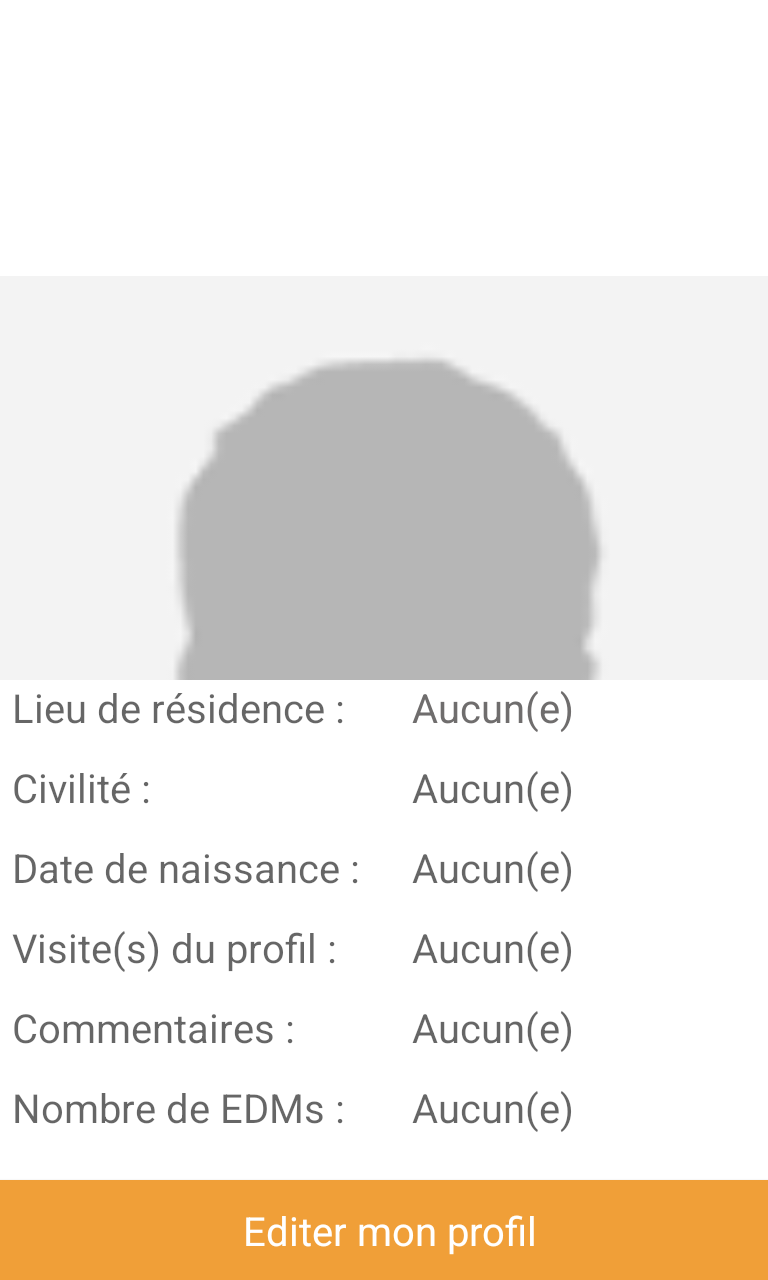
Repository: pierrealexvezinet/excusedemerde
Layout: edm/res/layout/account_fragment.xml
An editor plug-in stored every save of this project. The layout is shown before and after the next save, followed by the edit.
It is drawn on a 768 x 1280 px phone screen (xhdpi) without system bars, with theme Theme.AppCompat.Light; the app's code is not run.

Above is the layout before, as saved 2014-02-15 18:30:13.

After the next save:
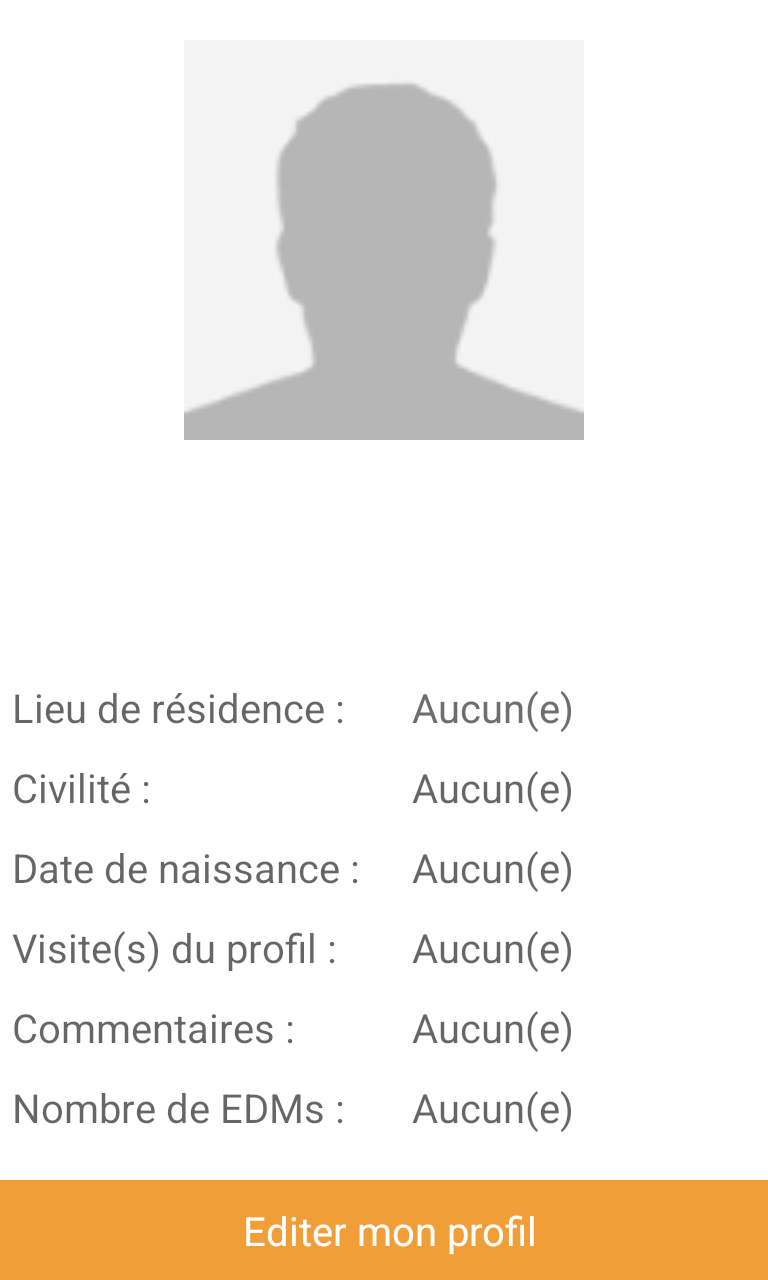
Saved 14 s later.
--- a/edm/res/layout/account_fragment.xml
+++ b/edm/res/layout/account_fragment.xml
@@ -23,7 +23,7 @@
                 android:id="@+id/imgv_user_photo"
                 android:layout_width="match_parent"
                 android:layout_marginTop="20dp"
-                android:layout_height="match_parent"
+                android:layout_height="200dp"
                 android:layout_alignParentTop="true"
                 android:layout_centerHorizontal="true"
                 android:contentDescription="@string/user_photo"
